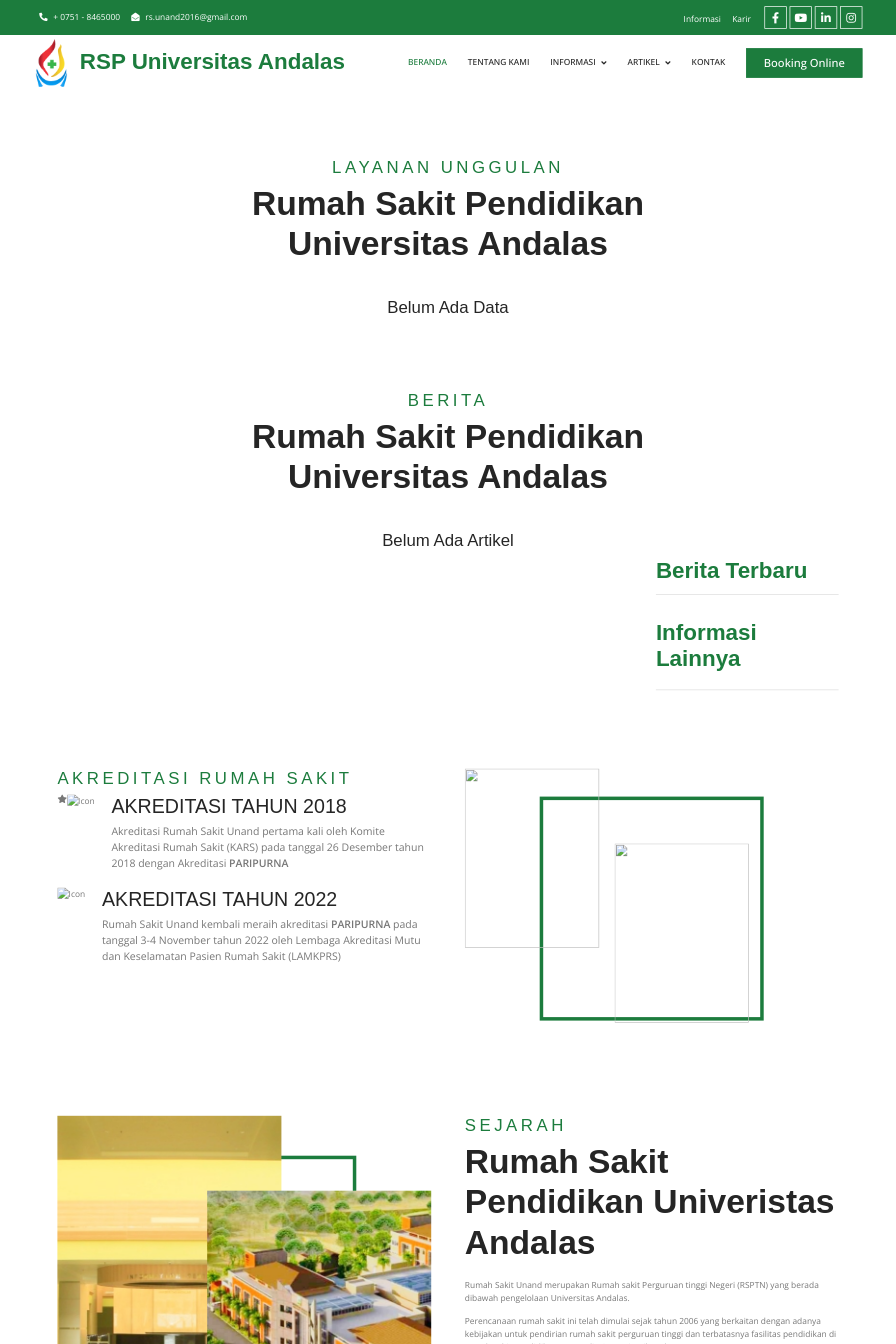
Repository: vivin-erialis/rsunand-site
Page: http://localhost/
These files come from the project's save history. The page is drawn as it stood at one moment and after the next save; the edit follows.
The browser window is 1280 px wide. The pictures show the part of the page from y = 0 to 1920 px (the page is 3111 px tall), at 70% of full size.
Some web fonts or font styles are not loaded; a fallback is used. Some web libraries are served in a nearby version. The page is served by the project's Laravel application, run on PHP 8.4 with Laravel 12. Queries for data that is not in the repository find no rows.

Above is the page before, as saved 2024-06-10 08:19:57.
Console error: TypeError: Cannot read properties of undefined (reading 'version')

After the next save:
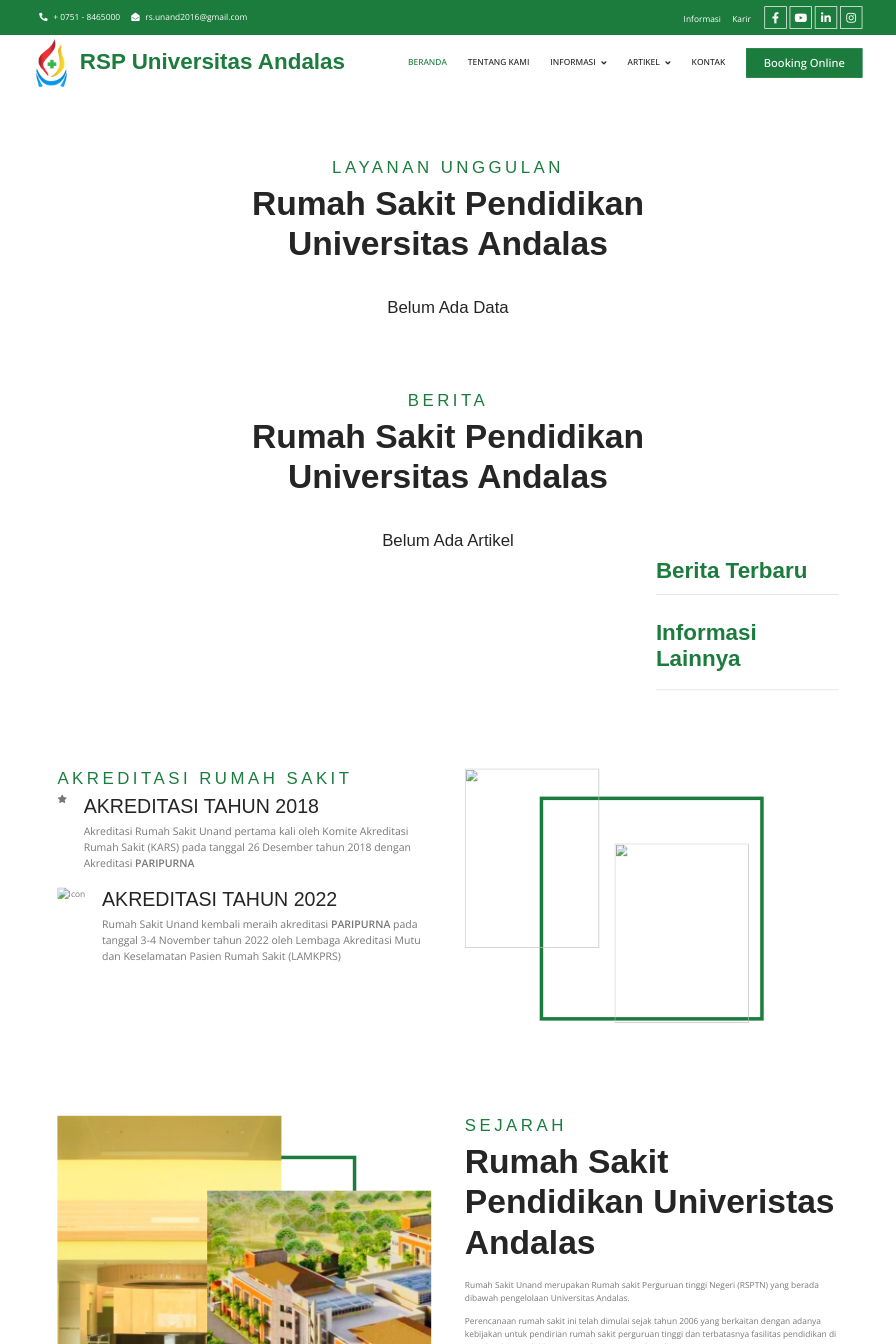
Saved 18 s later.
--- a/resources/views/Frontend/home.blade.php
+++ b/resources/views/Frontend/home.blade.php
@@ -267,10 +267,10 @@
                     <div class="row g-4">
                         <div class="col-12">
                             <div class="d-flex align-items-start">
-                                <i class="fa fa-star">
+                                <i class="fa fa-star flex-shrink-0">
 
                                 </i>
-                                <img class="flex-shrink-0" src="img/icons/icon-2.png" alt="Icon">
+                                {{-- <img class="flex-shrink-0" src="img/icons/icon-2.png" alt="Icon"> --}}
                                 <div class="ms-4">
                                     <h3>AKREDITASI TAHUN 2018</h3>
                                     <p class="mb-0" style="font-size: 15px">Akreditasi Rumah Sakit Unand pertama kali oleh Komite Akreditasi
